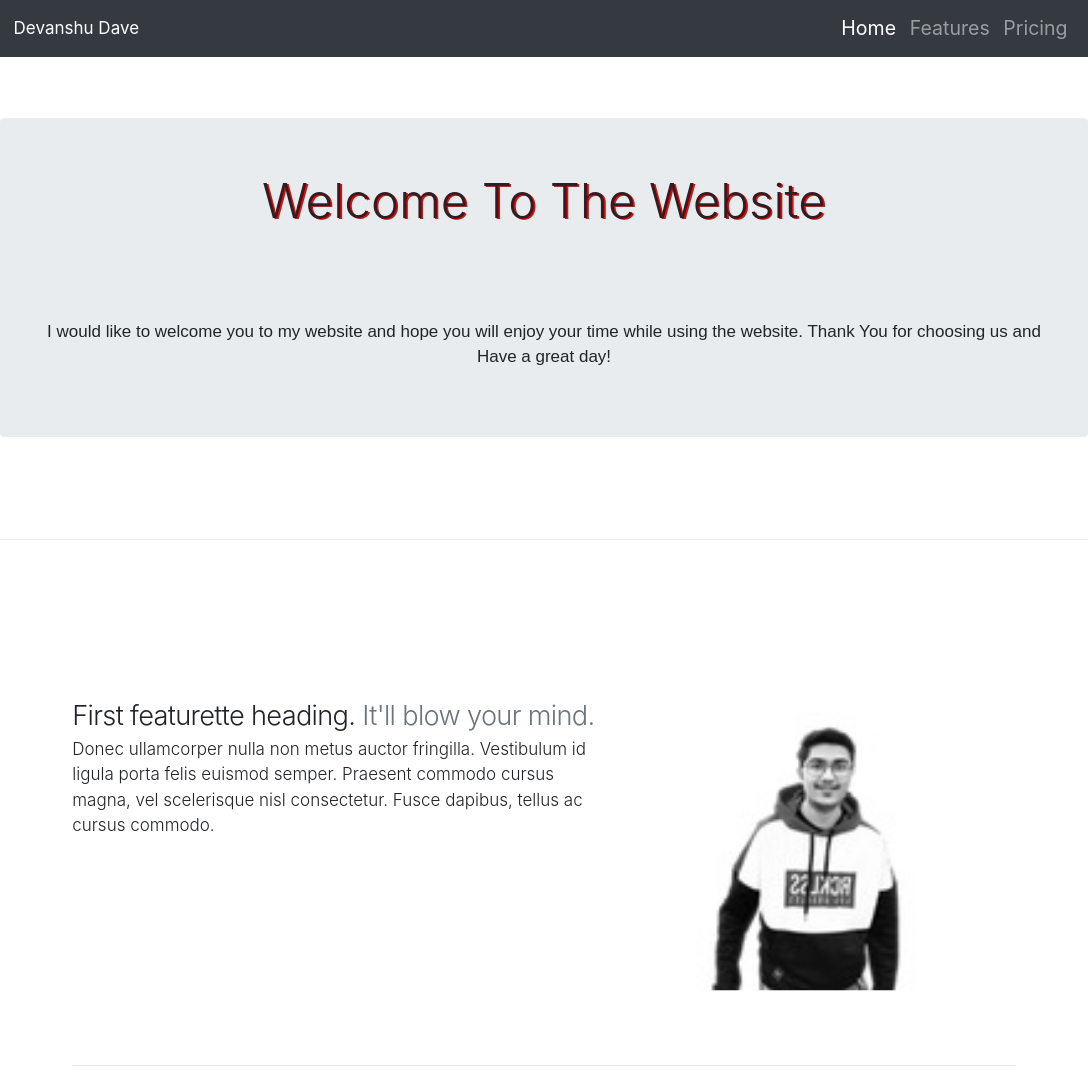
Repository: devanshudave1901/Mobile-Dev-Website
Page: index.html
These files come from the project's save history. The page is drawn as it stood at one moment and after the next save; the edit follows.
The browser window is 1280 px wide. The pictures show the whole page, at 85% of full size.
Some web libraries are served in a nearby version.

Above is the page before, as saved 2022-10-05 00:56:47.

### index.html
<!DOCTYPE html>
<html lang="en">
  <head>
    <meta charset="UTF-8" />
    <meta http-equiv="X-UA-Compatible" content="IE=edge" />
    <meta name="viewport" content="width=device-width, initial-scale=1.0" />
    <link
      rel="stylesheet"
      href="https://cdn.jsdelivr.net/npm/bootstrap@4.0.0/dist/css/bootstrap.min.css"
      integrity="sha384-Gn5384xqQ1aoWXA+058RXPxPg6fy4IWvTNh0E263XmFcJlSAwiGgFAW/dAiS6JXm"
      crossorigin="anonymous"
    />
    <link
      href="https://maxcdn.bootstrapcdn.com/font-awesome/4.2.0/css/font-awesome.min.css"
      rel="stylesheet"
    />

    <style>
      .navbar-nav {
        margin-left: auto;
        font-size: 23px;
      }
      .welcomeHeading {
        text-shadow: 2px 2px red;
        text-align: center;
      }
      .welcomeText {
        text-align: center;
        font-family: "Sofia", sans-serif;
      }
      .featurette-heading {
        font-weight: 300;
        line-height: 1;
        letter-spacing: -0.05rem;
        margin-top: 20%;
      }
      .profileIamge {
        width: 350px;
      }
    </style>
    <script
      src="https://code.jquery.com/jquery-3.2.1.slim.min.js"
      integrity="sha384-KJ3o2DKtIkvYIK3UENzmM7KCkRr/rE9/Qpg6aAZGJwFDMVNA/GpGFF93hXpG5KkN"
      crossorigin="anonymous"
    ></script>
    <script
      src="https://cdn.jsdelivr.net/npm/popper.js@1.12.9/dist/umd/popper.min.js"
      integrity="sha384-ApNbgh9B+Y1QKtv3Rn7W3mgPxhU9K/ScQsAP7hUibX39j7fakFPskvXusvfa0b4Q"
      crossorigin="anonymous"
    ></script>
    <script
      src="https://cdn.jsdelivr.net/npm/bootstrap@4.0.0/dist/js/bootstrap.min.js"
      integrity="sha384-JZR6Spejh4U02d8jOt6vLEHfe/JQGiRRSQQxSfFWpi1MquVdAyjUar5+76PVCmYl"
      crossorigin="anonymous"
    ></script>
    <title>Mobile Development - Lab 2</title>
  </head>
  <body>
    <nav class="navbar sticky-top navbar-expand-lg navbar-dark bg-dark">
      <a class="navbar-brand" href="#">Devanshu Dave</a>

      <div class="collapse navbar-collapse" id="navbarNavDropdown">
        <ul class="navbar-nav" mr-auto>
          <li class="nav-item active">
            <a class="nav-link" href="#"
              >Home <span class="sr-only">(current)</span></a
            >
          </li>
          <li class="nav-item">
            <a class="nav-link" href="#">Features</a>
          </li>
          <li class="nav-item">
            <a class="nav-link" href="#">Pricing</a>
          </li>
        </ul>
      </div>
    </nav>
    <br />
    <br />
    <br />
    <div class="jumbotron">
      <h1 class="display-4 welcomeHeading">Welcome To The Website</h1>
      <br />
      <br />
      <br />
      <br />
      <p class="lead welcomeText">
        I would like to welcome you to my website and hope you will enjoy your
        time while using the website. Thank You for choosing us and Have a great
        day!
      </p>
    </div>
    <br />
    <br />
    <br />
    <hr />
    <div class="container marketing">
      <br />
      <br />
      <div class="row featurette">
        <div class="col-md-7">
          <h2 class="featurette-heading">
            First featurette heading.
            <span class="text-muted">It'll blow your mind.</span>
          </h2>
          <p class="lead">
            Donec ullamcorper nulla non metus auctor fringilla. Vestibulum id
            ligula porta felis euismod semper. Praesent commodo cursus magna,
            vel scelerisque nisl consectetur. Fusce dapibus, tellus ac cursus
            commodo.
          </p>
        </div>
        <div class="col-md-5">
          <img
            class="featurette-image img-fluid profileIamge"
            src="./image/devProfile.JPG"
          />
        </div>
      </div>
      <br />
      <br />
      <br />
      <hr />
    </div>
  </body>
</html>

After the next save:
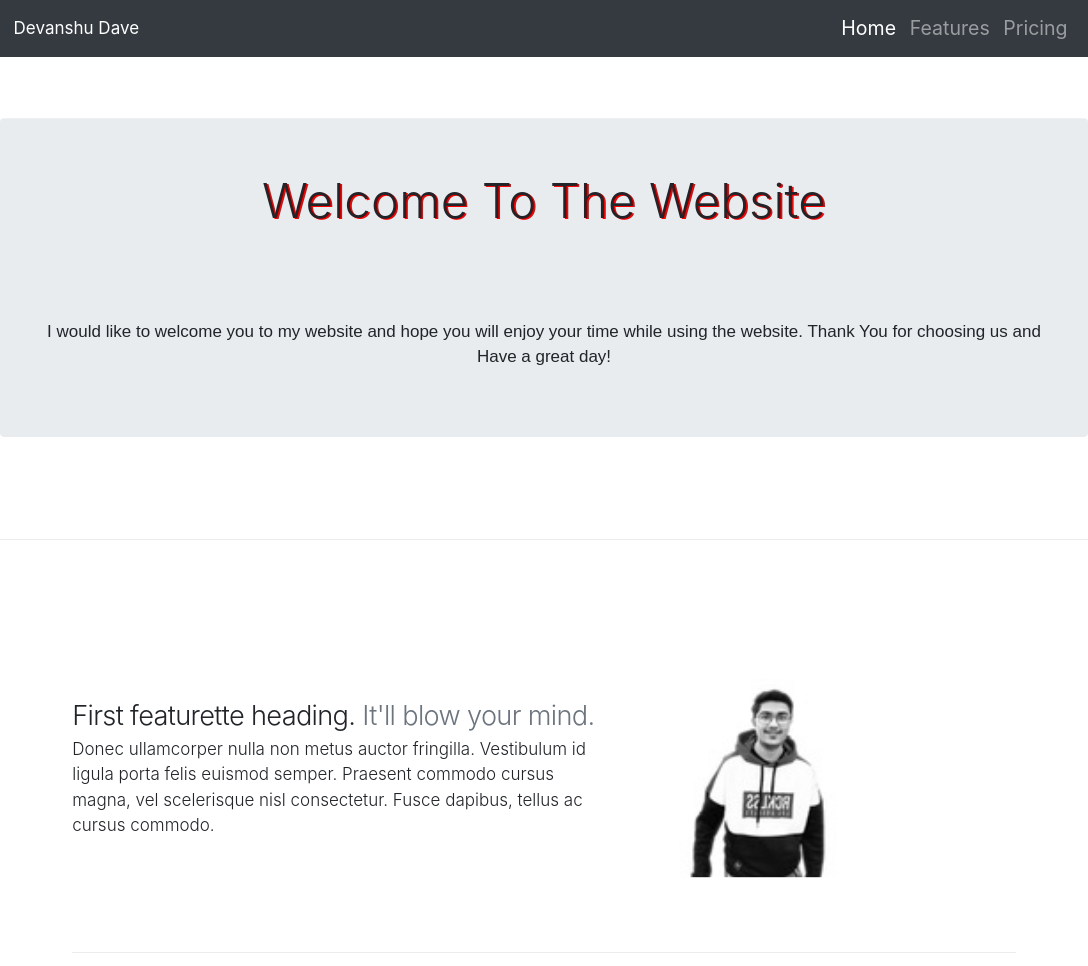
Saved 4 s later.
--- a/index.html
+++ b/index.html
@@ -35,7 +35,7 @@
         margin-top: 20%;
       }
       .profileIamge {
-        width: 350px;
+        width: 250px;
       }
     </style>
     <script
